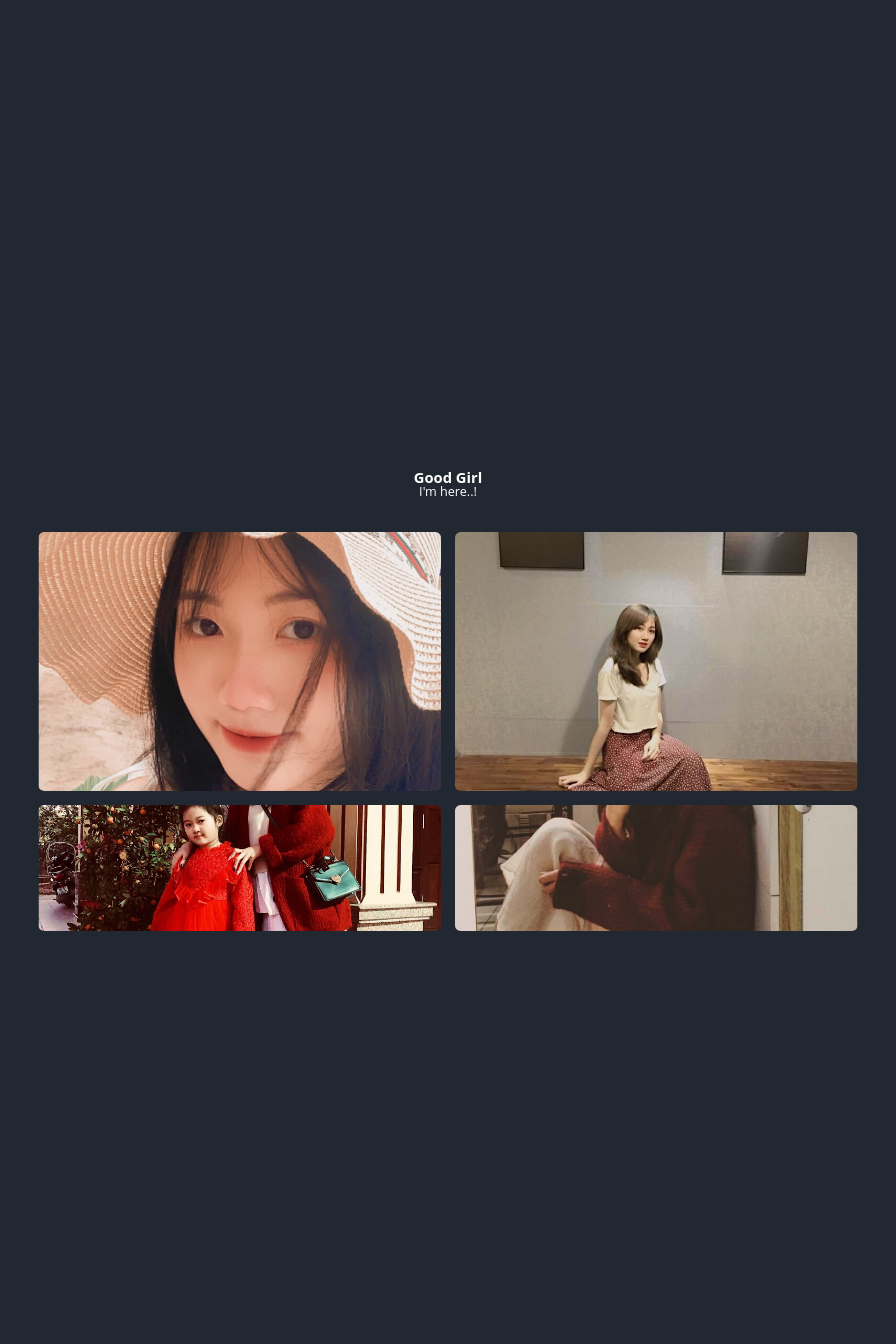
Repository: Datt21/p-happyB
Page: index.html
These files come from the project's save history. The page is drawn as it stood at one moment and after the next save; the edit follows.
The browser window is 1280 px wide. The pictures show the part of the page from y = 970 to 2890 px (the page is 2890 px tall), at 70% of full size.
Some icons come from a web library that is not loaded, so they are not drawn.

Above is the page before, as saved 2021-08-31 05:27:15.

### index.html
<!DOCTYPE html>
<html lang="en">
<head>
    <meta charset="UTF-8">
    <meta http-equiv="X-UA-Compatible" content="IE=edge">
    <meta name="viewport" content="width=device-width, initial-scale=1.0">
    <title>Document</title>
    <link rel="stylesheet" href="https://unicons.iconscout.com/release/v4.0.0/css/line.css">
    <link rel="stylesheet" href="./app.css">
</head>
<body>
<div class="wrapper">
    <header class="header">
        <div class="container">
            <div class="header-main">
                <div class="header-info">
                    <img src="./images/lemon.jpg" alt="" class="img-logo">
                    <div class="info">
                        <div class="info-name">Thúy Nga</div>
                        <div class="birth-day">02-09-2000 <i class="uil uil-users-alt"></i> </div>
                    </div>
                </div>

                <div class="menu">
                    <span class="text">Happy special day!</span>
                </div>

                <div class="icon-gift">
                    <a href=""><i class="uil uil-gift"></i></a>
                </div>
            </div>
        </div>
    </header>

    <main>
        <section class="about">
            <div class="container">
                <div class="you-header">
                    <h3 class="caption">Good Girl</h3>
                    <div class="heading">I'm here..!</div>
                </div>
                <div class="about-list">
                    <div class="about-item">
                        <img src="./images/img1.jpg" alt="">
                    </div>
                    <div class="about-item">
                        <img src="./images/img2.jpg" alt="">
                    </div>
                    <div class="about-item">
                        <img src="./images/img3.jpg" alt="">
                    </div>
                    <div class="about-item">
                        <img src="./images/img4.jpg" alt="">
                    </div>
                </div>
            </div>
        </section>
    </main>
</div>
    <script src="./app.js"></script>
</body>
</html>

### app.css
html {
    box-sizing: border-box;
}

* {
    margin: 0;
    padding: 0;
}

*,
*:before,
*:after {
    box-sizing: border-box;
}

a {
    text-decoration: none;
}

img {
    display: block;
    max-width: 100%;
}

html {
    scroll-behavior: smooth;
}

body {
    font-family: "Open sans", sans-serif;
    font-size: 18px;
    line-height: 1;
    color: white;
    background-color: #222831;
    overflow-x: hidden;
}
section[id] {
    scroll-margin-top: 30px;
}

.wrapper {
    max-width: 1920px;
    margin: 0 auto;
    background: url("../images/banner.jpg") no-repeat top/100%;
    /* min-height: 300vh; */
}

main {
    min-height: 200vh;
}
.container {
    max-width: 1200px;
    margin: 0 auto;
    padding: 0 15px;
}

.header {
    border-bottom: 1px solid rgba(255, 255, 255, 0.3);
}
.header-main {
    display: flex;
    justify-content: space-between;
    align-items: center;
    padding: 40px 0;
}
.header-info {
    display: flex;
    align-items: center;
    gap: 0 10px;
    font-size: 20px;
}

.img-logo {
    width: 60px;
    height: 60px;
    border-radius: 50%;
}

.info-name {
    padding-bottom: 10px;
}
.birth-day {
    opacity: 0.6;
}

.menu .text {
    font-style: italic;
    font-size: 40px;
    font-weight: 800;
}

.icon-gift i {
    font-size: 40px;
    color: white;
    font-weight: 600;
}

.about {
    padding-top: 1500px;
    padding-bottom: 200px;
}
.you-header {
    text-align: center;
    max-width: 490px;
    margin: 0 auto;
    padding-bottom: 50px;
}

main {
    min-height: 200vh;
}

.about-list {
    text-align: center;
    display: grid;
    grid-template-columns: 1fr 1fr;
    grid-gap: 20px;
    grid-template-rows: 370px 180px 370px;
}

.about-item {
    border-radius: 8px;
}

.about-item img {
    width: 100%;
    height: 100%;
    object-fit: cover;
    border-radius: inherit;
}

Loaded but not shown: app.js (no copy from this time; the picture is the same without it)

After the next save:
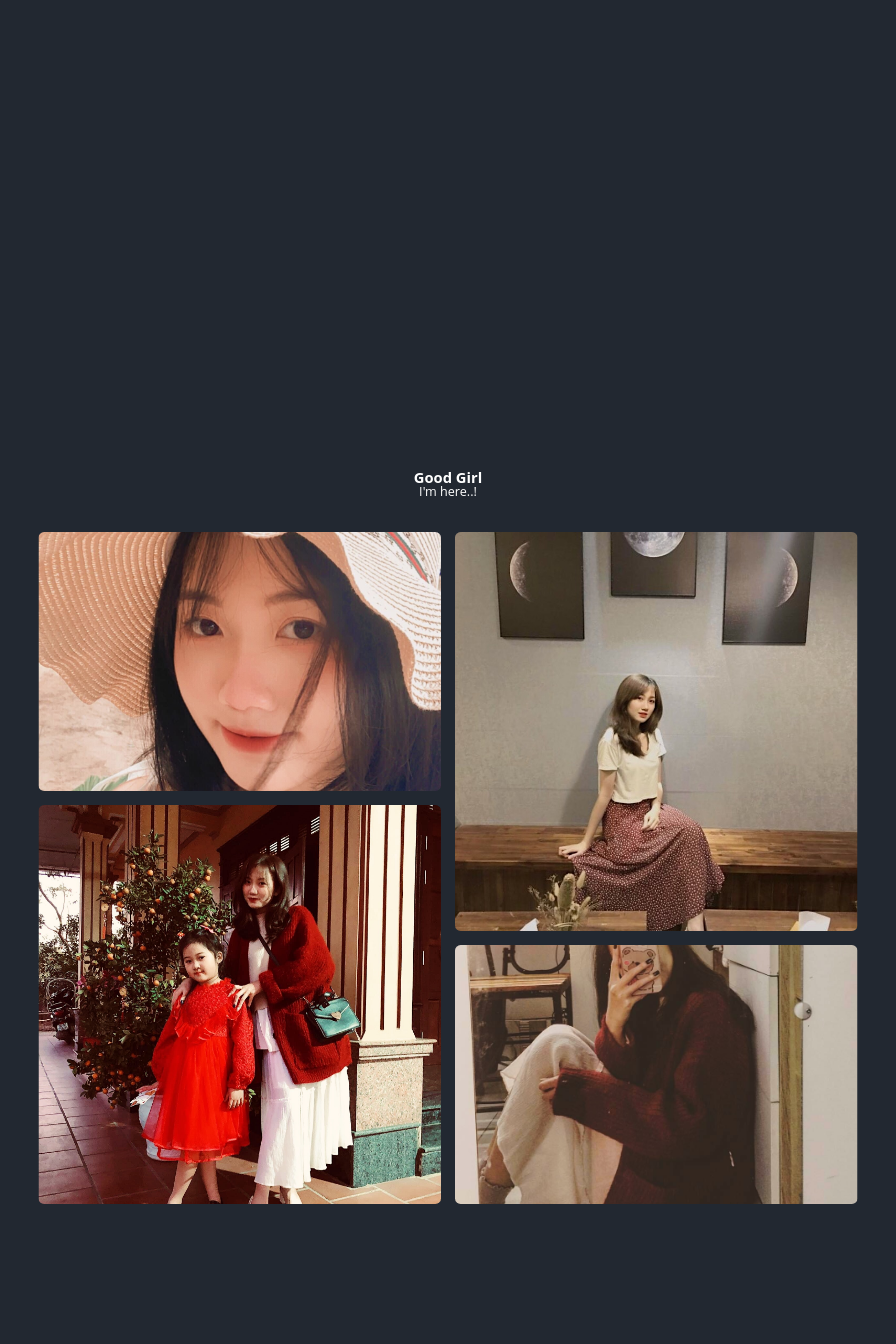
Saved 2 min 12 s later.
--- a/app.css
+++ b/app.css
@@ -128,3 +128,12 @@ main {
     object-fit: cover;
     border-radius: inherit;
 }
+
+.about-item:nth-child(2) {
+    grid-row: 1/3;
+    grid-column: 2/3;
+}
+.about-item:nth-child(3) {
+    grid-row: 2/4;
+    grid-column: 1/2;
+}
